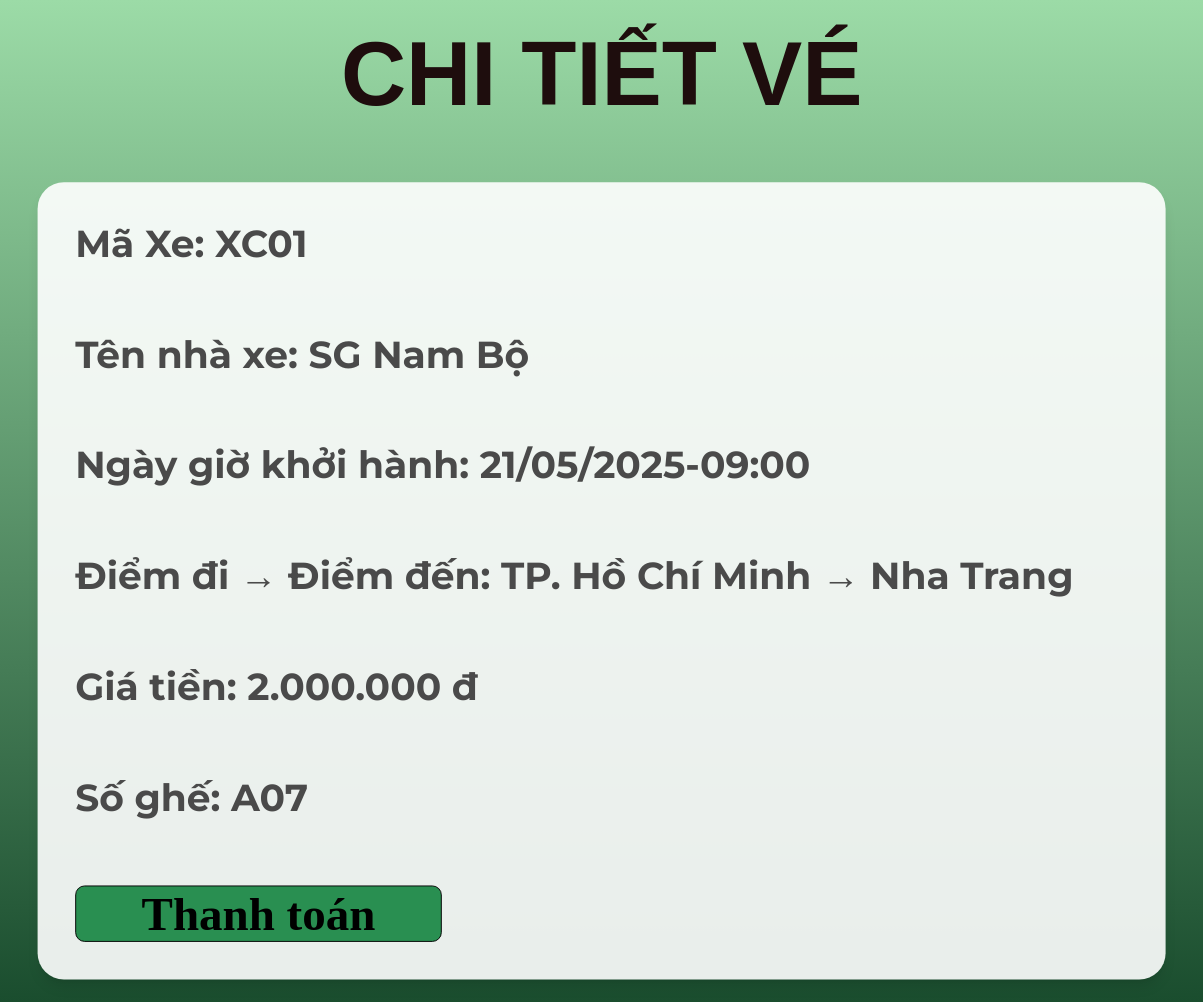
Repository: LearningSan/qlnxBE
Page: Loginservlet/src/main/webapp/Datvexe/chitietdatve.html
The author's editor kept a copy of each file at every save. The page is drawn from the files as they stood at one save, then again after the next save.
The browser window is 1280 px wide. The pictures show the whole page, at 94% of full size.
Some web fonts or font styles are not loaded; a fallback is used.

Above is the page before, as saved 2025-05-16 06:36:59.

After the next save:
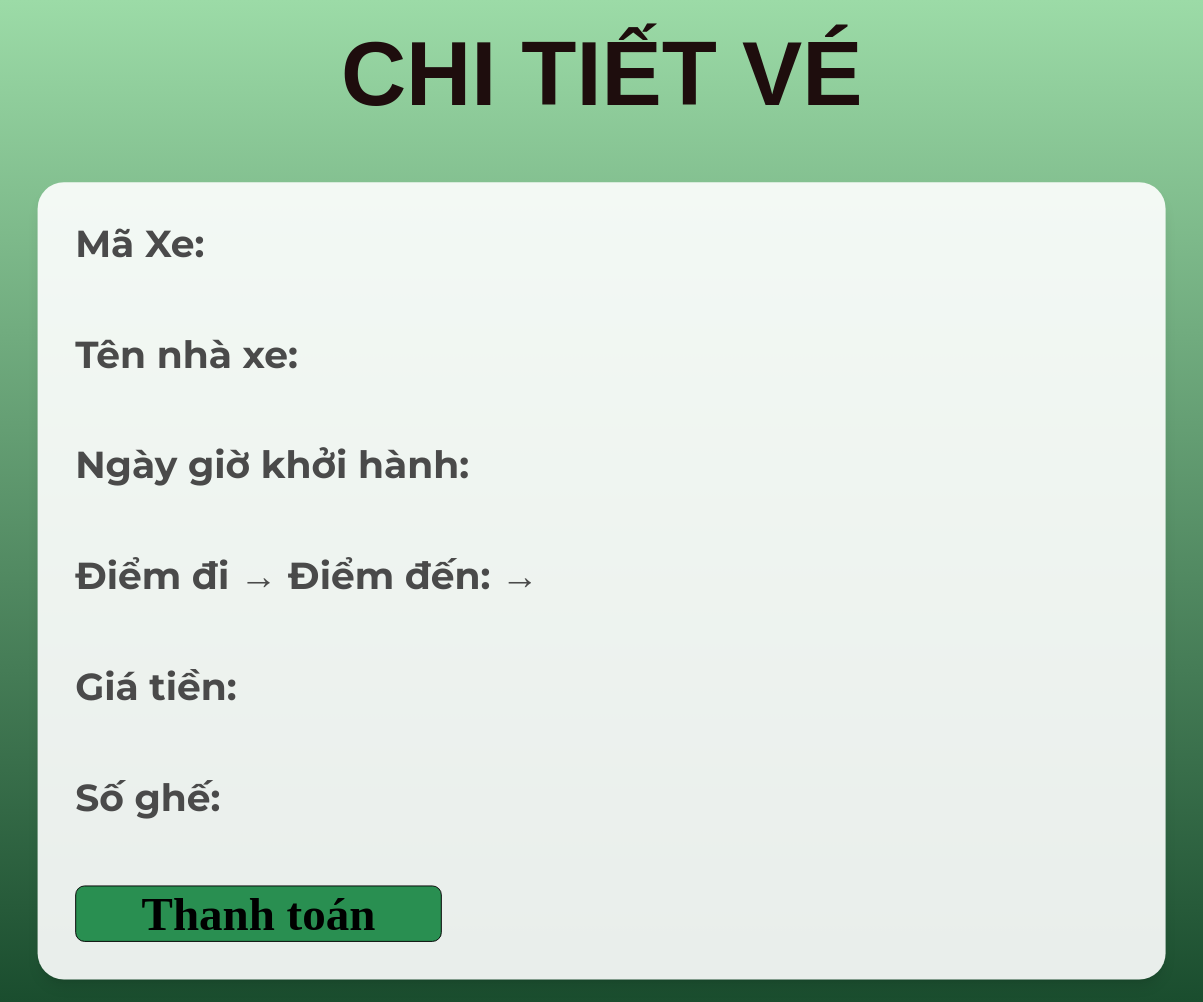
Saved 73 s later.
--- a/Loginservlet/src/main/webapp/Datvexe/chitietdatve.html
+++ b/Loginservlet/src/main/webapp/Datvexe/chitietdatve.html
@@ -19,16 +19,16 @@
             </header>
             <section class="ticket-card">
                 <div class="ticket-details">
-                    <div class="ticket-info bus-code">Mã Xe: <span id="maxe">XC01</span></div>
-                    <div class="ticket-info company-name">Tên nhà xe: <span id="tennhaxe">SG Nam Bộ</span></div>
+                    <div class="ticket-info bus-code">Mã Xe: <span id="maxe"></span></div>
+                    <div class="ticket-info company-name">Tên nhà xe: <span id="tennhaxe"></span></div>
                     <div class="ticket-info departure-time">Ngày giờ khởi hành: <span
-                            id="thoigiankhoihanh">21/05/2025-09:00</span></div>
+                            id="thoigiankhoihanh"></span></div>
                     <div class="ticket-info route">
                         Điểm đi → Điểm đến:
-                        <span id="diemdi">TP. Hồ Chí Minh</span> → <span id="diemden">Nha Trang</span>
+                        <span id="diemdi"></span> → <span id="diemden"></span>
                     </div>
-                    <div class="ticket-info price">Giá tiền: <span id="giatien">2.000.000 đ</span></div>
-                    <div class="ticket-info seat-number">Số ghế: <span id="soghe">A07</span></div>
+                    <div class="ticket-info price">Giá tiền: <span id="giatien"></span></div>
+                    <div class="ticket-info seat-number">Số ghế: <span id="soghe"></span></div>
 
                     <input type="submit" class="thanhtoan" value="Thanh toán">
                 </div>
